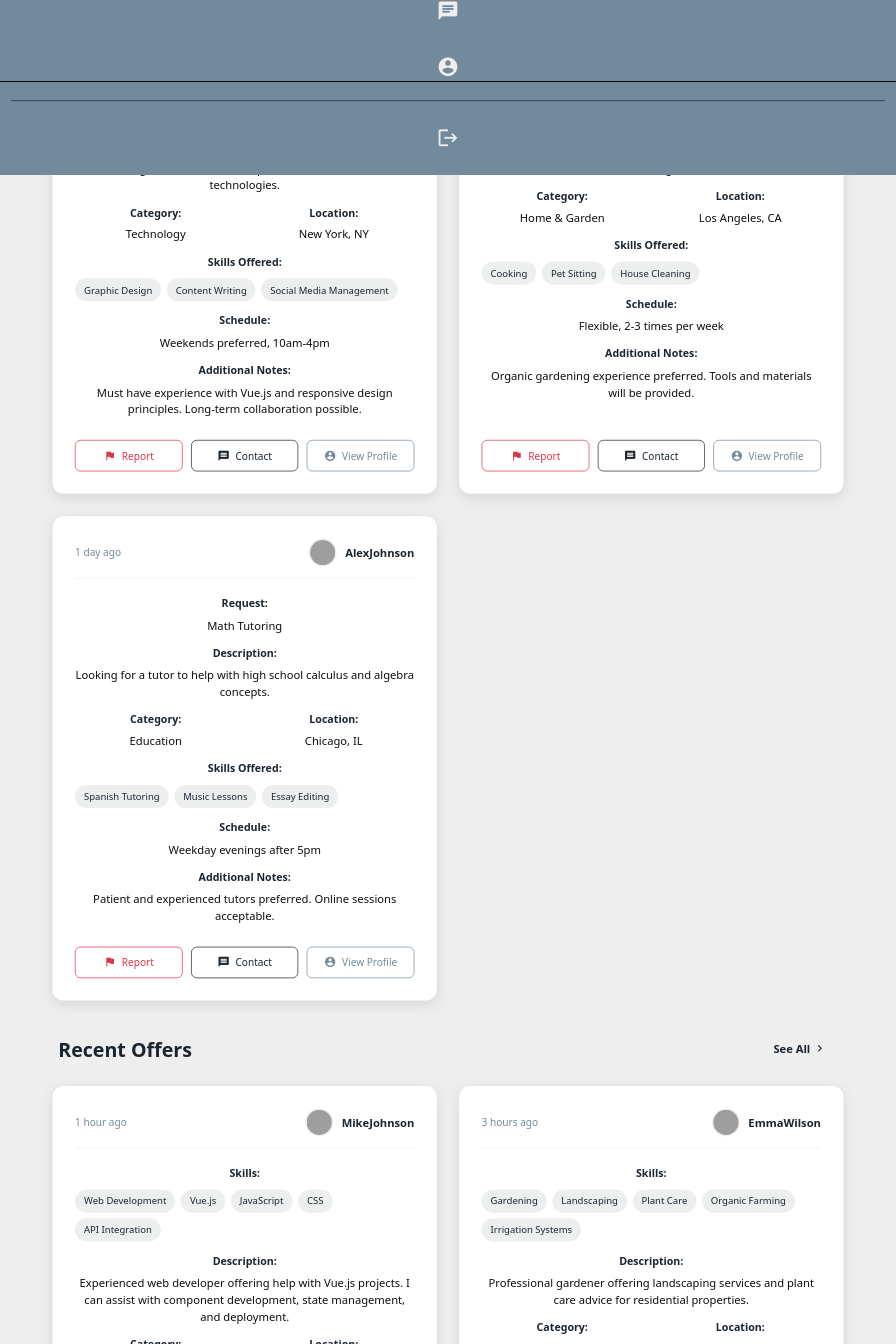
Repository: wholaanmo/news-snap
Page: /
These files come from the project's save history. The page is drawn as it stood at one moment and after the next save; the edit follows.
The browser window is 1280 px wide. The pictures show the part of the page from y = 309 to 2229 px (the page is 3497 px tall before and 3397 px after), at 70% of full size.
Pictures or frames that could not be fetched are drawn as grey boxes. The project was rebuilt for these pictures with package versions that can differ from the ones it lists, and the page was loaded fresh each time.

Above is the page before, as saved 2025-09-30 23:33:00.

After the next save:
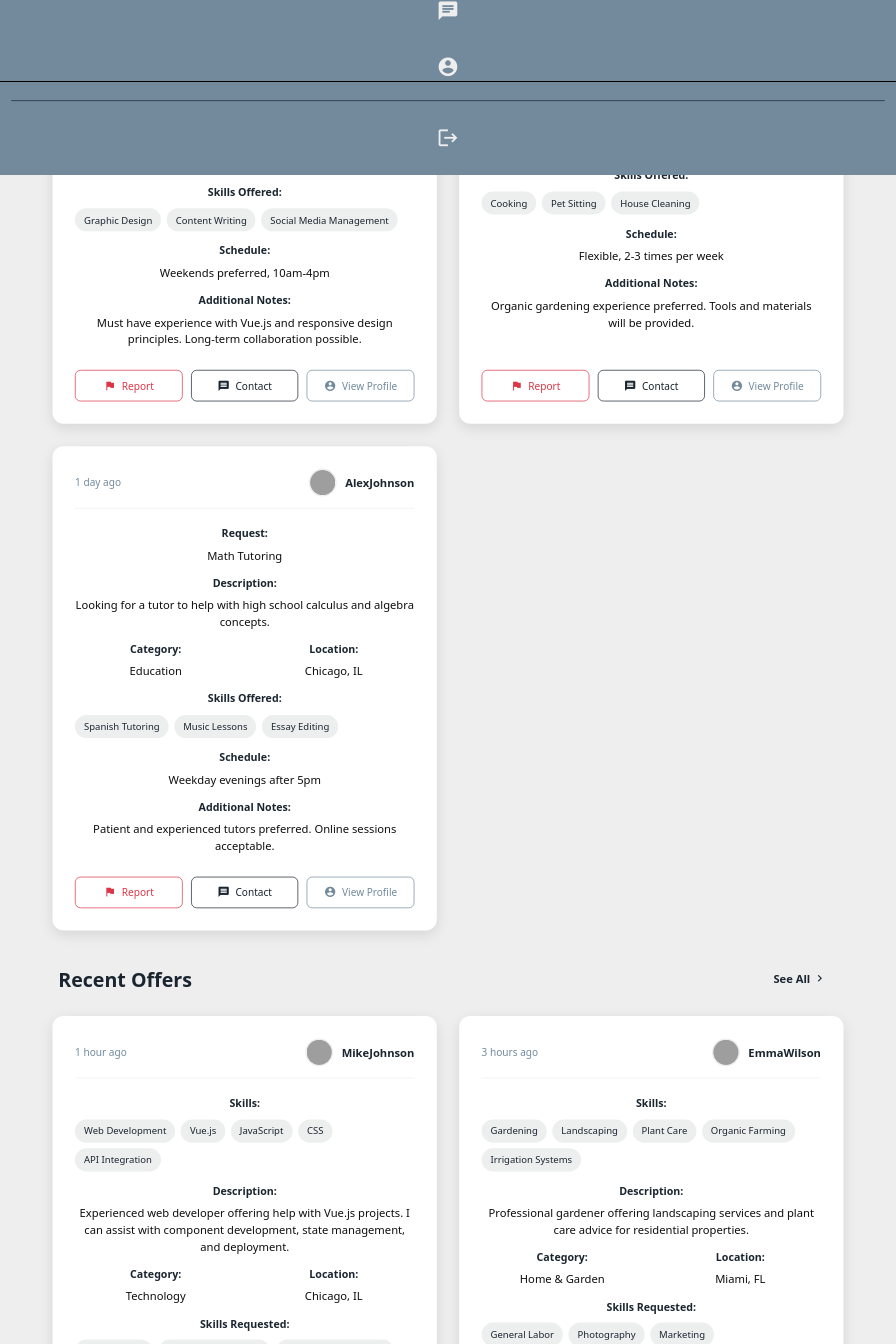
Saved 82 s later.
--- a/src/views/Home.vue
+++ b/src/views/Home.vue
@@ -1,17 +1,5 @@
 <template>
     <div class="dashboard">
-      <!-- Search Bar -->
-      <div class="search-container">
-        <div class="search-bar">
-          <span class="material-icons">search</span>
-          <input
-            type="text"
-            placeholder="Search requests and offers..."
-            v-model="searchQuery"
-            @input="handleSearch"
-          >
-        </div>
-      </div>
 
       <!-- Requests Section -->
       <section class="requests-section">
